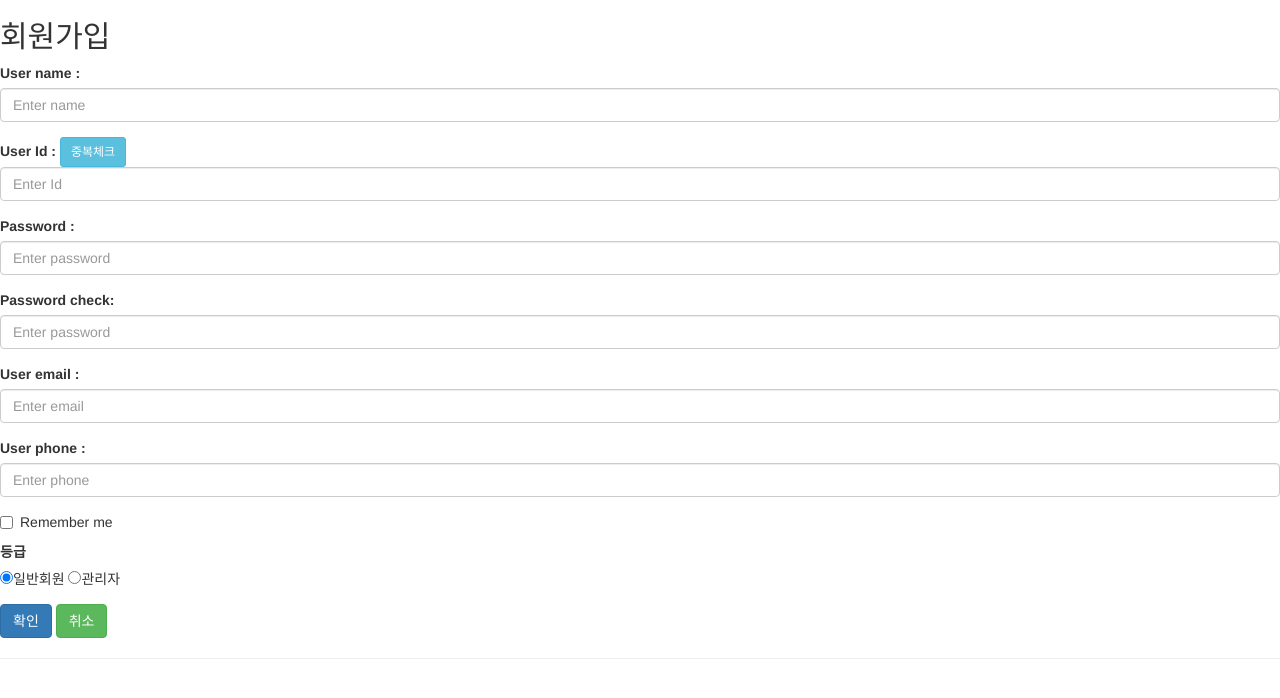
Repository: yjeongyjeong/jsp
Page: http://localhost/web-study-09-re/member/update.jsp
The author's editor kept a copy of each file at every save. The page is drawn from the files as they stood at one save, then again after the next save.
The browser window is 1280 px wide. The pictures show the whole page.
The page is served by Tomcat 9.

Above is the page before, as saved 2023-10-17 03:47:23.

After the next save:
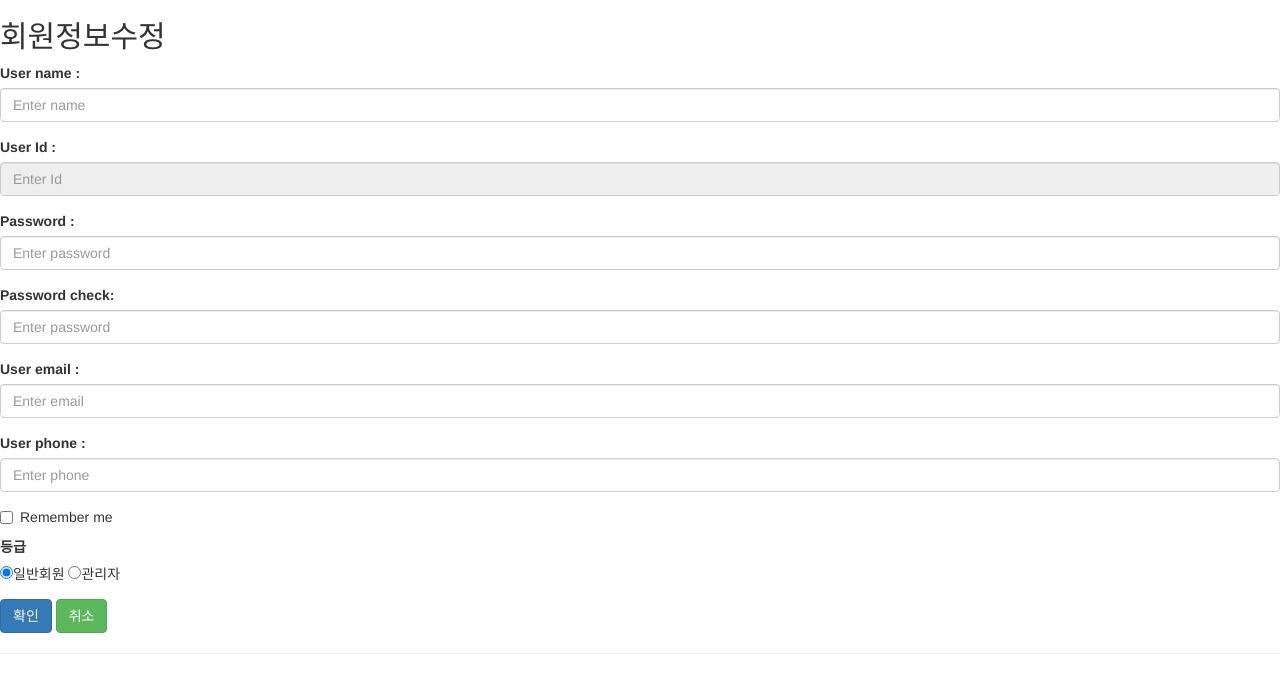
Saved 2 min 28 s later.
--- a/web-study-09-re/src/main/webapp/member/update.jsp
+++ b/web-study-09-re/src/main/webapp/member/update.jsp
@@ -18,7 +18,7 @@
 <title>Insert title here</title>
 </head>
 <body>
-	<h2>회원가입</h2>
+	<h2>회원정보수정</h2>
 	<form action="join.do" method="post" name="frm"><!-- 서블릿으로 보냄 폼태그?컨텍스트패스?쿼리스트링?은 login.do가 되고 서블릿에서 post로 받도록 함 name도 지정함(js)에서 사용-->
 
 		<div class="form-group">
@@ -28,13 +28,9 @@
 		</div>
 		<div class="form-group">
 			<label for="userid">User Id :</label>
-			<input type="button" value="중복체크" class="btn btn-info btn-sm float-right" onclick="idCheck()">
 			<input type="text"
 				class="form-control" id="userid" placeholder="Enter Id"
-				name="userid">
-			<input type="hidden" name="reid"> <!-- 화면에는 보이지 않지만 값이 전송됨
-=> 나는 그냥 값을 저장시켜놓으려고.. 하는줄알았는데(저장된 값 바꾸려면 변수 더 필요하니까)
-=> 아이디 중복체크 과정을 거쳣는디 확인하기 위해서 만든 변수였음!!!-->
+				name="userid" readonly="readonly">
 		</div>
 		<div class="form-group">
 			<label for="pwd">Password : </label> <input type="password"
